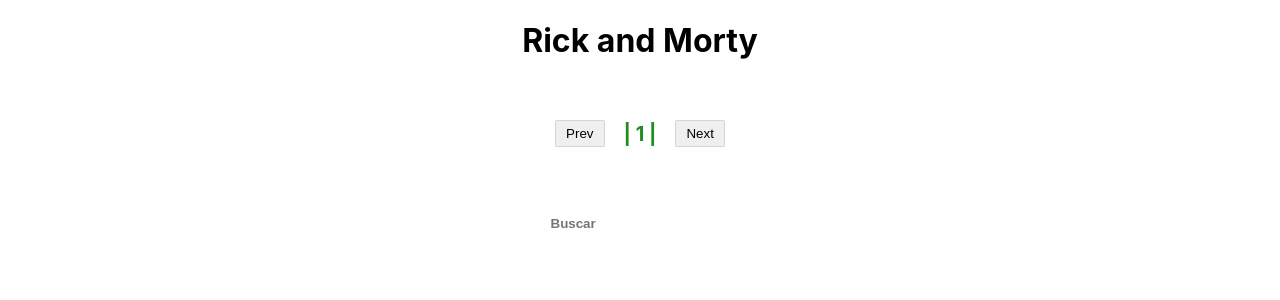
Repository: DanielVegaf/rick-and-morty-api
Page: /
An editor plug-in stored every save of this project. The page is shown before and after the next save, followed by the edit.
The browser window is 1280 px wide. The pictures show the whole page.
The page's requests for data from a server got no answer. The project was rebuilt for these pictures with package versions that can differ from the ones it lists, and the page was loaded fresh each time. No one was signed in, and anything a server would have sent is missing. Also part of the build but not shown: vite.config.js.

Above is the page before, as saved 2022-07-08 19:46:03.

After the next save:
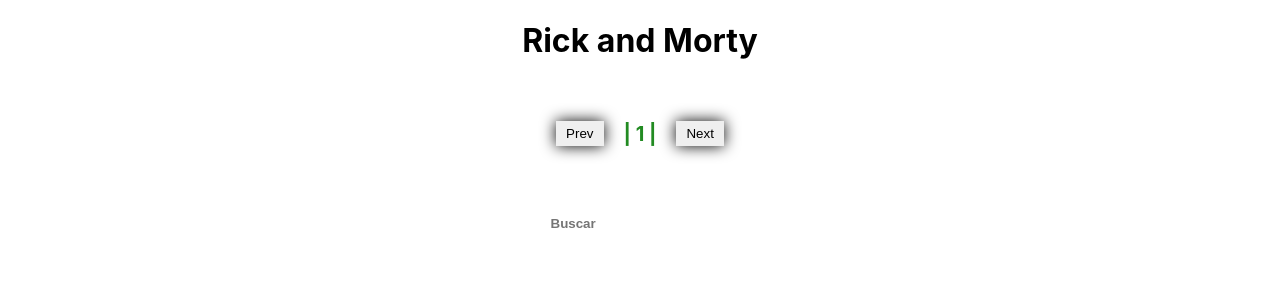
Saved 5 s later.
--- a/src/App.css
+++ b/src/App.css
@@ -22,7 +22,7 @@
   padding: 5px 10px;
   cursor: pointer;
   transition: transform .1s ease-in-out;
-  box-shadow: 0 0 1px 0px black;
+  box-shadow: 0 0 15px black;
 }
 .buttons button:active {
   transform: scale(1.1);
